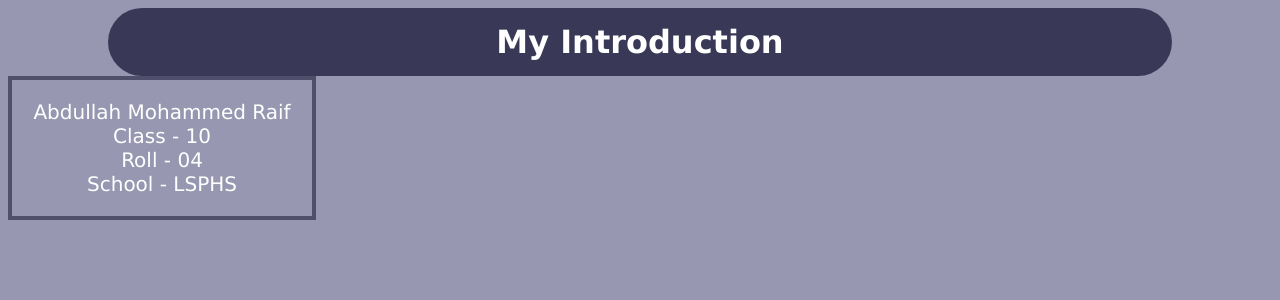
Repository: Raif-007/Portfolio
Page: index.html
The author's editor kept a copy of each file at every save. The page is drawn from the files as they stood at one save, then again after the next save.
The browser window is 1280 px wide. The pictures show the whole page.

Above is the page before, as saved 2021-07-05 17:14:06.

After the next save:
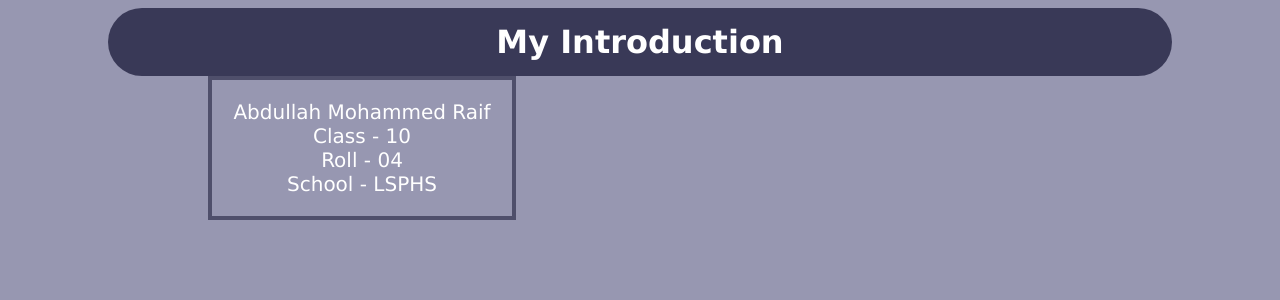
Saved 12 s later.
--- a/styles.css
+++ b/styles.css
@@ -16,5 +16,5 @@
     font-size: 20px;
     border: 4px solid rgba(25, 25, 56, 0.568);
     width: 300px;
-    margin-right: 200px;
+    margin-left: 200px;
 }
